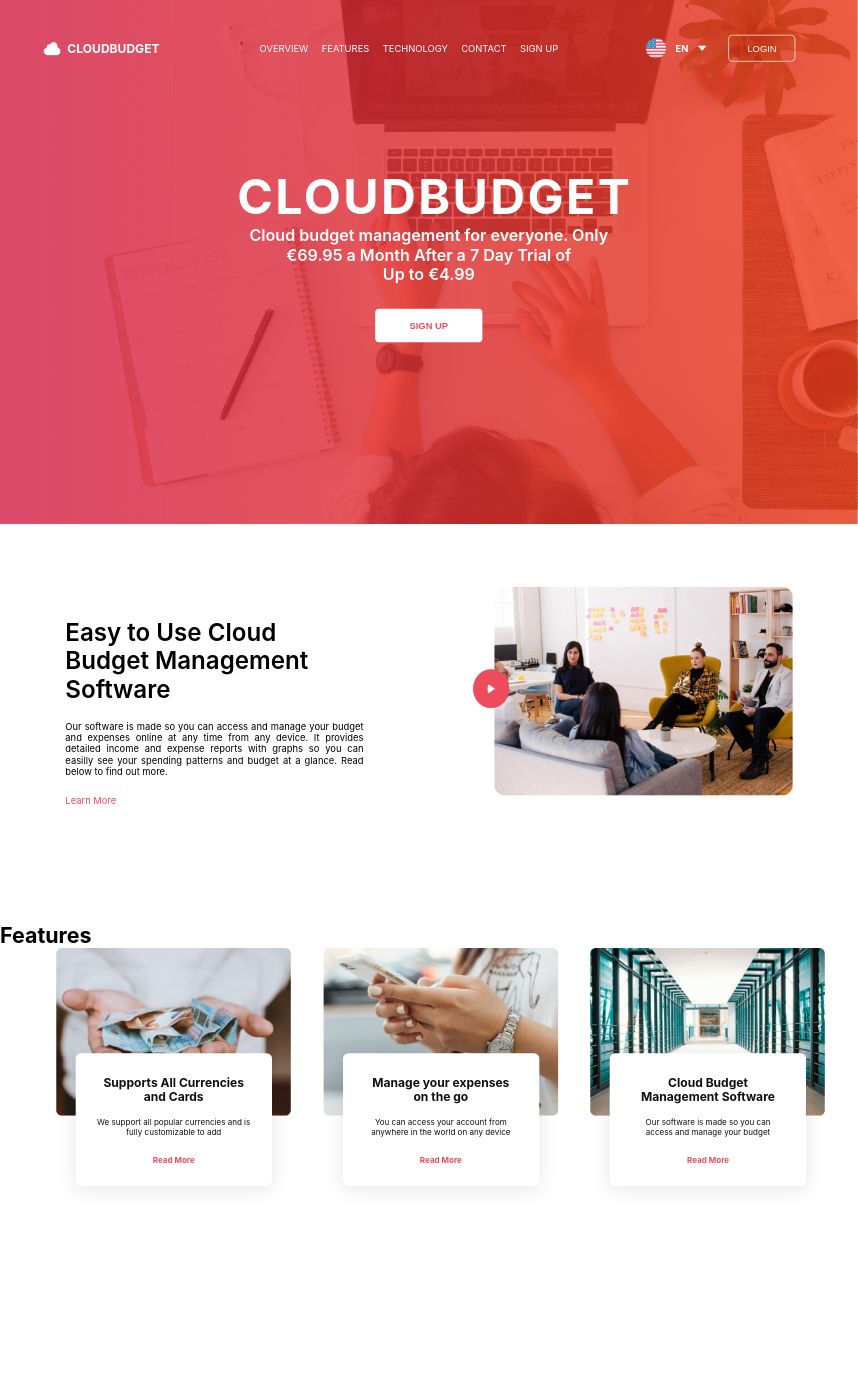
Repository: Ola-22/cloudBudget
Page: /
These files come from the project's save history. The page is drawn as it stood at one moment and after the next save; the edit follows.
The browser window is 1280 px wide. The pictures show the whole page, at 67% of full size.
The project was rebuilt for these pictures with package versions that can differ from the ones it lists, and the page was loaded fresh each time.

Above is the page before, as saved 2021-09-13 13:36:52.

After the next save:
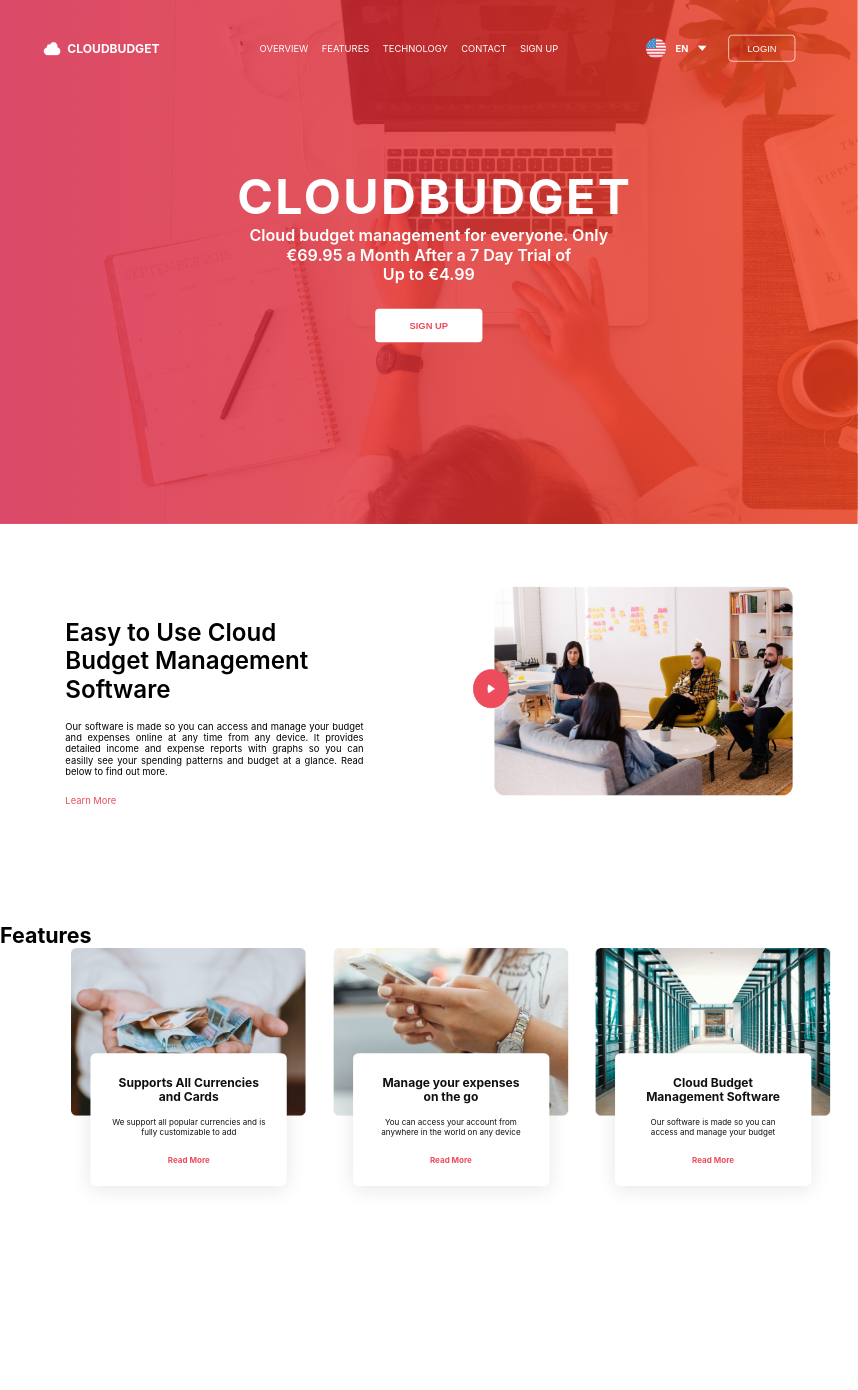
Saved 9 s later.
--- a/src/Components/Features/FeaturesCard/style.scss
+++ b/src/Components/Features/FeaturesCard/style.scss
@@ -5,7 +5,7 @@
   position: relative;
   text-align: center;
   &:first-of-type{
-    margin-left: 35px;
+    margin-left: 65px;
   }
   & > div{
     background-color: $whiteColor;
